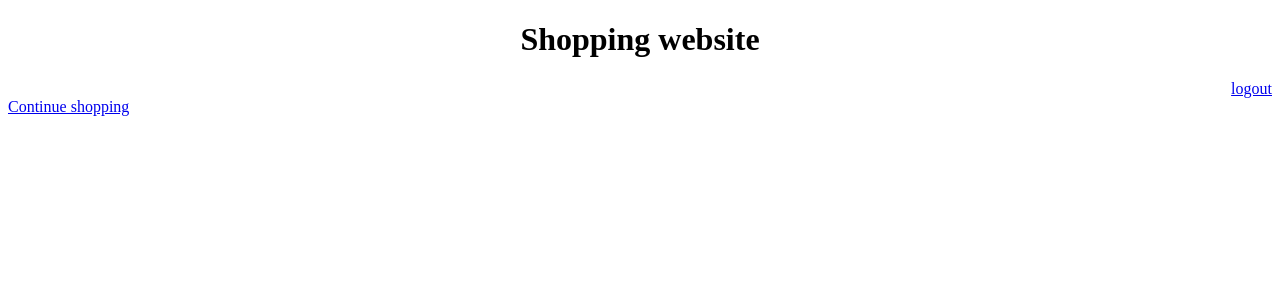
Repository: balu-sadanandan/demo-Shopping-cart-application
Page: http://localhost/shopping-cart/proddesc.jsp
These files come from the project's save history. The page is drawn as it stood at one moment and after the next save; the edit follows.
The browser window is 1280 px wide. The pictures show the whole page.
The page is served by Tomcat 9. Other server files are loaded and not shown.

Above is the page before, as saved 2017-09-19 04:31:09.

### shopping-cart/WebContent/proddesc.jsp
<%@ page language="java" contentType="text/html; charset=ISO-8859-1"
    pageEncoding="ISO-8859-1"%>
<!DOCTYPE html PUBLIC "-//W3C//DTD HTML 4.01 Transitional//EN" "http://www.w3.org/TR/html4/loose.dtd">
<html>
<head>
<meta http-equiv="Content-Type" content="text/html; charset=ISO-8859-1">
<title>Awesome shopping website</title>
</head>
<body>
 <center>
        <h1>Shopping website</h1>
    </center>
    <div align="right">
    <a href="logout">logout</a>

</div>
   <div align="left">
    <a href="listp">Continue shopping</a>

</div>


</body>
</html>

After the next save:
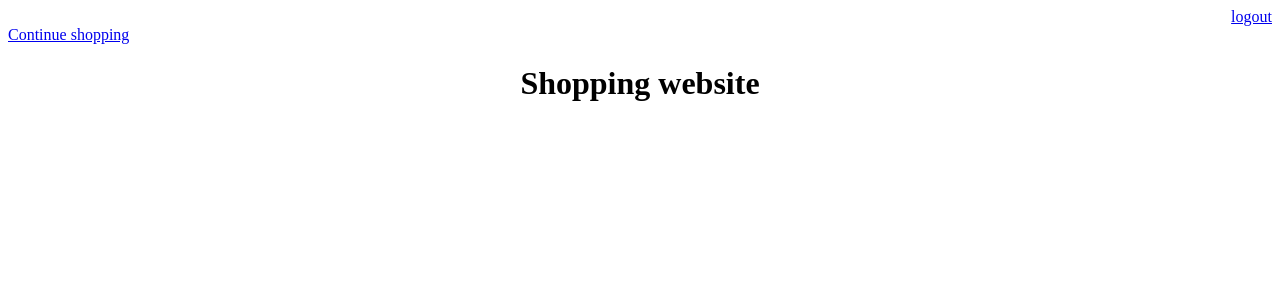
Saved 83 s later.
--- a/shopping-cart/WebContent/proddesc.jsp
+++ b/shopping-cart/WebContent/proddesc.jsp
@@ -7,10 +7,7 @@
 <title>Awesome shopping website</title>
 </head>
 <body>
- <center>
-        <h1>Shopping website</h1>
-    </center>
-    <div align="right">
+ <div align="right">
     <a href="logout">logout</a>
 
 </div>
@@ -18,6 +15,10 @@
     <a href="listp">Continue shopping</a>
 
 </div>
+ <center>
+        <h1>Shopping website</h1>
+    </center>
+
 
 
 </body>
